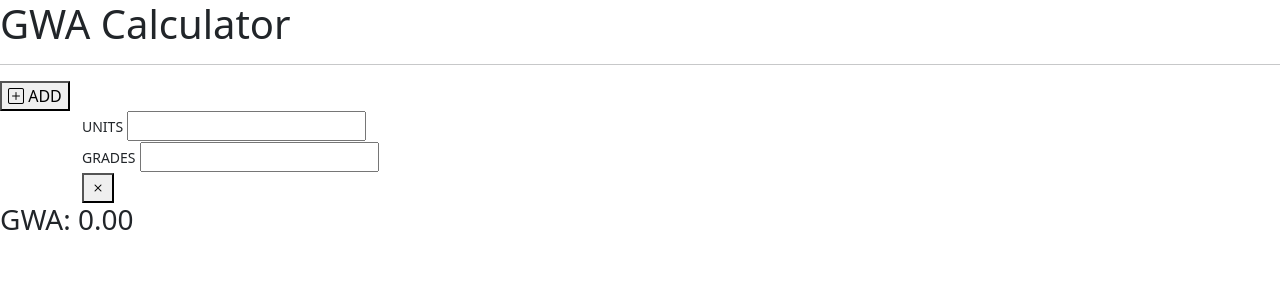
Repository: yonora/GWACalculator
Page: index.html
The author's editor kept a copy of each file at every save. The page is drawn from the files as they stood at one save, then again after the next save.
The browser window is 1280 px wide. The pictures show the whole page.

Above is the page before, as saved 2025-01-07 21:10:51.
Console error (its wording comes from the project's code and is left out).

### index.html
<!DOCTYPE html>
<html lang="en">
<head>
    <meta charset="UTF-8">
    <meta name="viewport" content="width=device-width, initial-scale=1.0">
    <link rel="stylesheet" href="https://cdn.jsdelivr.net/npm/bootstrap@5.3.3/dist/css/bootstrap.min.css">
    <link rel="stylesheet" href="https://cdn.jsdelivr.net/npm/bootstrap-icons@1.11.3/font/bootstrap-icons.min.css">
    <script src="js.js"></script>
    <title>GWA Calculator</title>
</head>
<body>
    <h1>GWA Calculator</h1>
    <hr>
    <button class="col-auto add" onclick="add()"><i class="bi bi-plus-square"></i> ADD</button>
    <div class="container" id="container">
        <div class="grade-container" id="1">
            <div class="col-auto">
                <label class="col-form-label-sm">UNITS</label>
                <input type="number" class="col-form-control units"  min="1" oninput="getGWA()">
            </div>
            <div class="col-auto">
                <label class="col-form-label-sm">GRADES</label>
                <input type="text" class="col-form-control grades" oninput="getGWA()">
            </div>
            <button class="col-auto remove" onclick="remove(${previousContainer.id})"><i class="bi bi-x"></i></button>
        </div>
    </div>
    <h3>GWA: <span id="gwa">0.00</span></h3>
</body>
</html>

### js.js
function add(){
    const container = document.getElementById('container');
    var lastIndex = document.querySelectorAll('.grade-container');
    console.log(`legth: ${lastIndex.length}`);
    lastIndex = lastIndex[lastIndex.length - 1];
    lastIndex = parseFloat(lastIndex.id);
    lastIndex++;
    console.log(`index: ${lastIndex}`);
    container.insertAdjacentHTML(
        'beforeend',
        `<div class="grade-container" id=${lastIndex}>
            <div class="col-auto">
                <label class="col-form-label-sm">UNITS</label>
                <input type="number" class="col-form-control units" min="1" oninput="getGWA()">
            </div>
            <div class="col-auto">
                <label class="col-form-label-sm">GRADES</label>
                <input type="text" class="col-form-control grades" oninput="getGWA()">
            </div>
            <button class="col-auto add " onclick="add()"><i class="bi bi-plus-square"></i></button>
        </div>`
    );
    var previousContainer = document.querySelectorAll('.grade-container');
    previousContainer = previousContainer[previousContainer.length - 2];
    console.log(`last index: ${previousContainer.id}`);
    previousContainer.insertAdjacentHTML(
        'beforeend',
        `<button class="col-auto remove" onclick="remove(${previousContainer.id})"><i class="bi bi-x"></i></button>`
    );
    var add = document.querySelectorAll('.add');
    add = add[add.length - 2];
    add.remove();
}

function remove(id){
    var row = document.getElementById(`${id}`)
    row.remove();
    getGWA();
}

function getUnits(units){
    var totalUnits = 0;

    for(let i=0; i<units.length; i++){
        const unit = parseFloat(units[i].value);
        totalUnits += unit;
    }
    return totalUnits;
}


function getGWA(){
    const grades = document.querySelectorAll('.grades');
    const units = document.querySelectorAll('.units');
    const totalUnits = getUnits(units);
    var gwa = 0.00;

    for(let i=0; i<grades.length; i++){
        let unit = parseFloat(units[i].value) || 0;
        let grade = parseFloat(grades[i].value) || 0;
        gwa += (grade * unit) / totalUnits;
        document.getElementById('gwa').innerHTML = gwa.toFixed(2);
    }
}

After the next save:
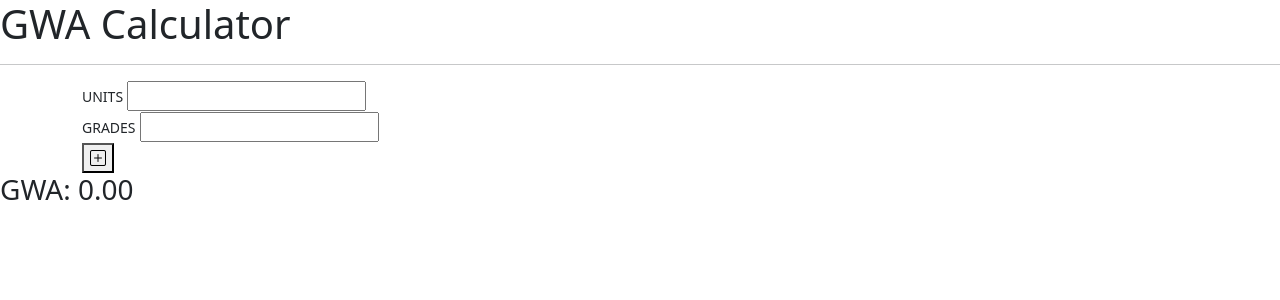
The error is gone.
Saved 50 s later.
--- a/index.html
+++ b/index.html
@@ -11,7 +11,6 @@
 <body>
     <h1>GWA Calculator</h1>
     <hr>
-    <button class="col-auto add" onclick="add()"><i class="bi bi-plus-square"></i> ADD</button>
     <div class="container" id="container">
         <div class="grade-container" id="1">
             <div class="col-auto">
@@ -22,7 +21,7 @@
                 <label class="col-form-label-sm">GRADES</label>
                 <input type="text" class="col-form-control grades" oninput="getGWA()">
             </div>
-            <button class="col-auto remove" onclick="remove(${previousContainer.id})"><i class="bi bi-x"></i></button>
+            <button class="col-auto add" onclick="add()"><i class="bi bi-plus-square"></i></button>
         </div>
     </div>
     <h3>GWA: <span id="gwa">0.00</span></h3>
